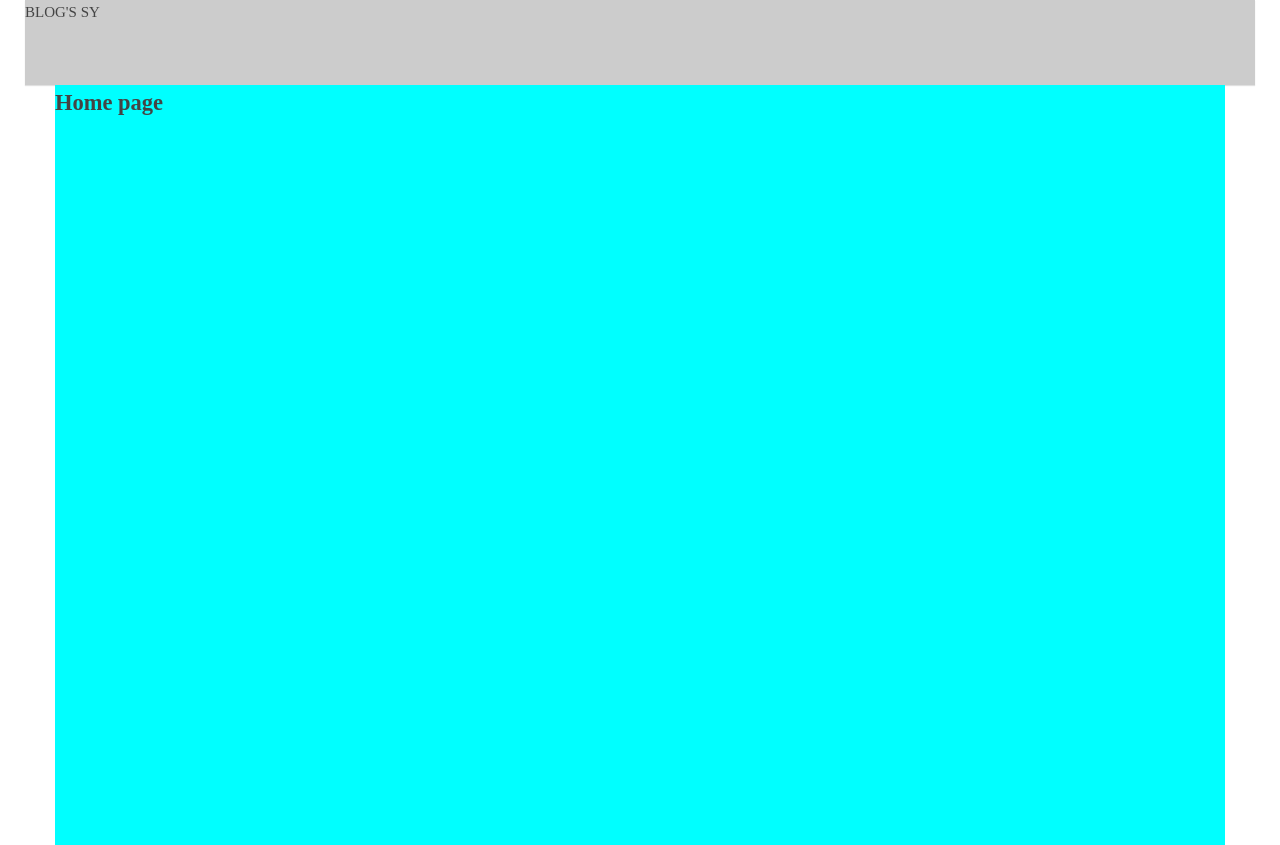
Repository: SyLe-Van/Make-Colorful
Page: /
These files come from the project's save history. The page is drawn as it stood at one moment and after the next save; the edit follows.
The browser window is 1280 px wide. The pictures show the whole page.
Some web fonts or font styles are not loaded; a fallback is used. The project was rebuilt for these pictures with package versions that can differ from the ones it lists, and the page was loaded fresh each time. Also part of the build but not shown: src/pages/cinema/index.js, src/pages/fashion/index.js, src/pages/grooming/index.js, src/pages/lifestyle/index.js, src/pages/contact/index.js.

Above is the page before, as saved 2023-10-10 11:57:42.

After the next save:
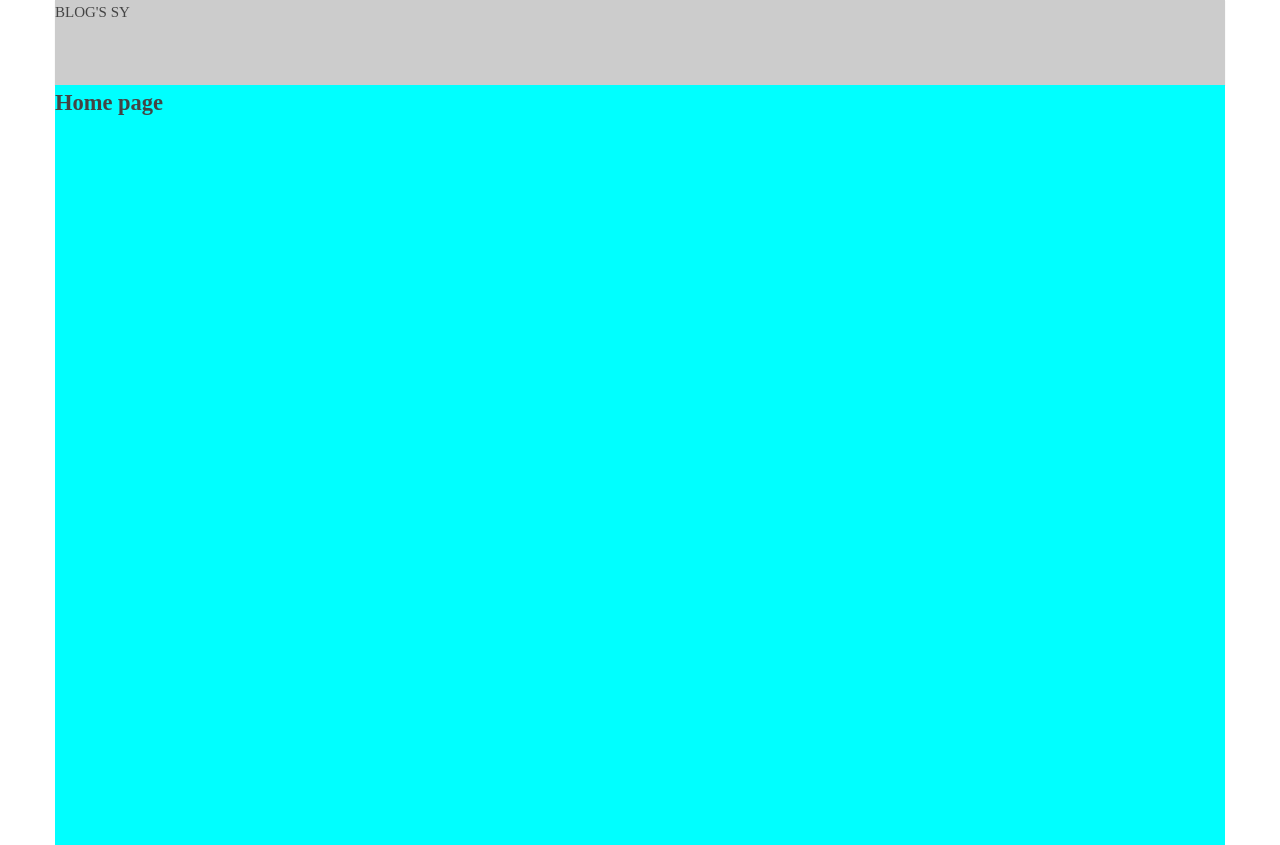
Saved 25 s later.
--- a/src/components/Layout/DefaultLayout/Header/Header.module.scss
+++ b/src/components/Layout/DefaultLayout/Header/Header.module.scss
@@ -6,6 +6,6 @@
 }
 .inner {
     height: 100%;
-    width: 1230px;
+    width: 1170px;
     background-color: #ccc;
 }
